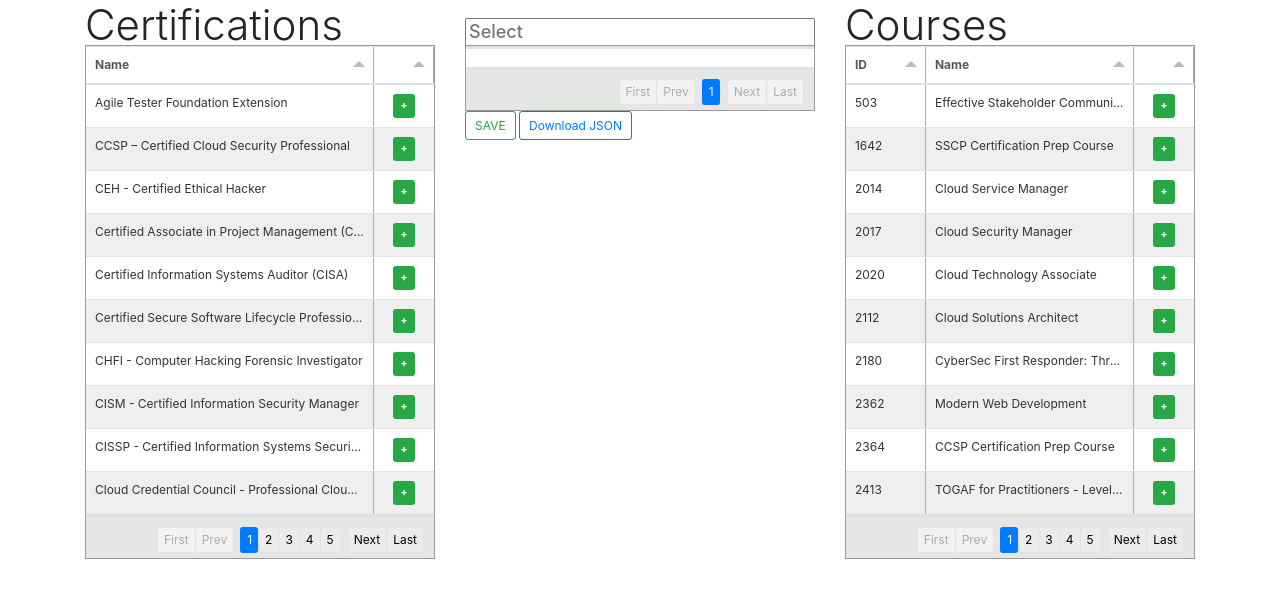
Repository: t1s1/pathfinder2
Page: index.html
The author's editor kept a record of every edit. The page is drawn from the files as they stood at one moment, then again after the next edit.
The browser window is 1280 px wide. The pictures show the whole page.

Above is the page before.

After the next edit:
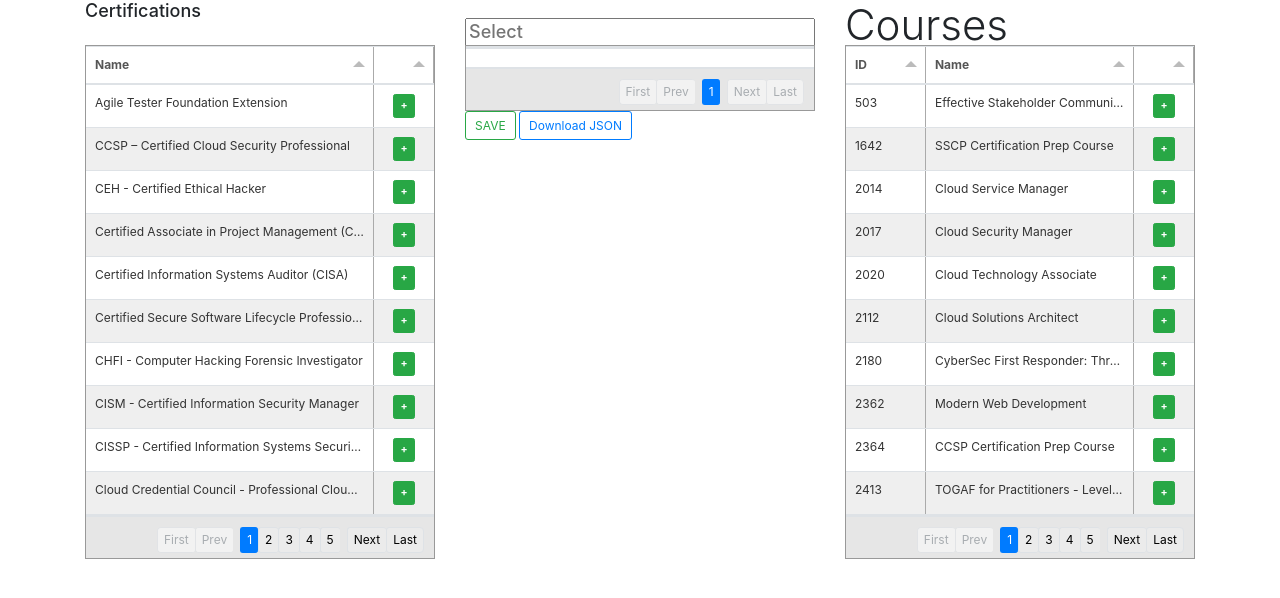
The edit:
--- a/index.html
+++ b/index.html
@@ -38,7 +38,7 @@
 <body>
 <div class="container">
   <div id="col-header" class="row">
-    <div class="display-4 col-xl-4">Certifications</div>
+    <div class="h4 col-xl-4">Certifications</div>
       <div class="col-xl-4">
         <small id="root-type" class="text-muted mt-5">&nbsp;</small>
         <input id="root-choice" type="text" class="h4 text-primary w-100" placeholder="Select">
